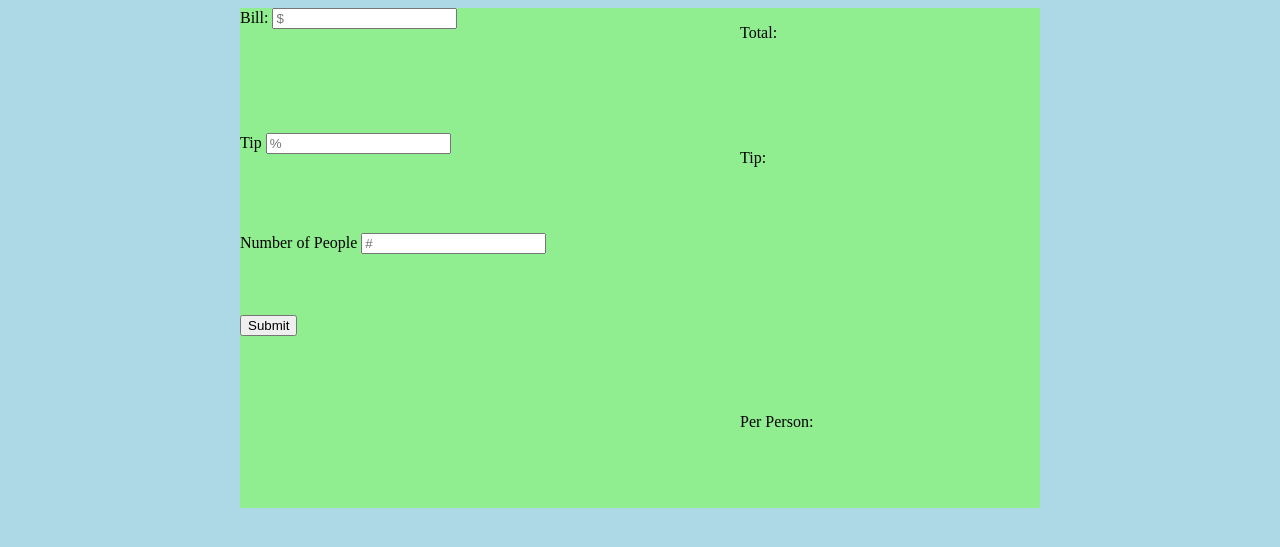
Repository: SamirIngley/Tip-Calculator
Page: tip_display.html
An editor plug-in stored every save of this project. The page is shown before and after the next save, followed by the edit.
The browser window is 1280 px wide. The pictures show the whole page.

Above is the page before, as saved 2020-02-13 09:59:01.

After the next save:
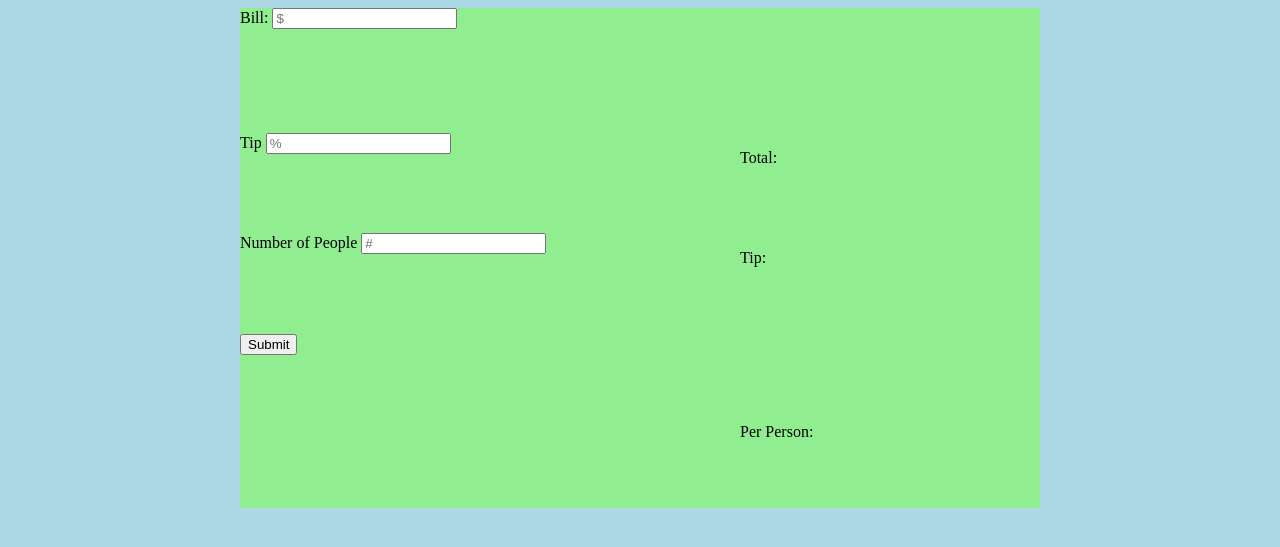
Saved 12 s later.
--- a/style.css
+++ b/style.css
@@ -14,9 +14,9 @@ body {
     grid-template-rows: 25% 100px auto;
     height: 500px;
     width: 800px;
-    grid-template-areas: "b y"
-                         "t d"
-                         "n p"
+    grid-template-areas: "b p"
+                         "t y"
+                         "n d"
                          "s ."
 
 }
